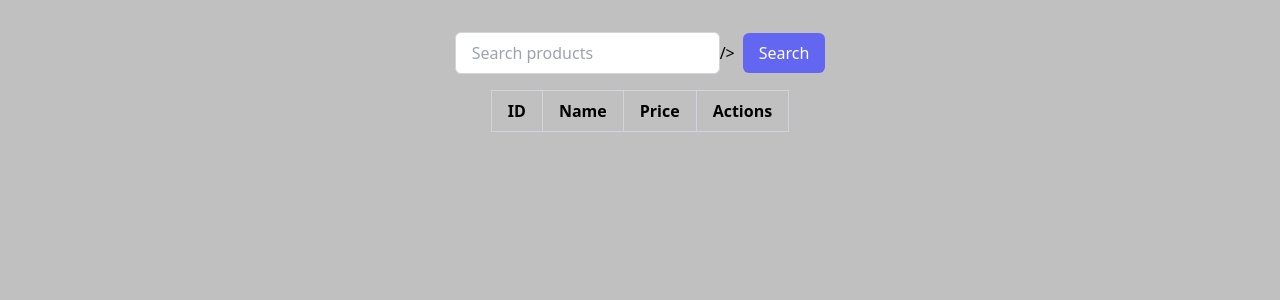
Repository: shaafsalman/product-Management-MERN
Page: /home (app in frontend/), after clicking the first element matching `button.rounded-md`
An editor plug-in stored every save of this project. The page is shown before and after the next save, followed by the edit.
The browser window is 1280 px wide. The pictures show the whole page.
The page's requests for data from a server got no answer. The project was rebuilt for these pictures with package versions that can differ from the ones it lists, and the page was loaded fresh each time. No one was signed in, and anything a server would have sent is missing. Also part of the build but not shown: frontend/vite.config.js, frontend/src/Cards/mesgCard.jsx, frontend/src/Pages/Login.jsx, frontend/src/Pages/SighnUp.jsx, frontend/src/Pages/NoPage.jsx, frontend/src/Pages/addproduct.jsx.

Above is the page before, as saved 2024-05-14 01:29:59.

### frontend/src/App.jsx
import React from 'react';
import { BrowserRouter as Router, Routes, Route, Navigate } from 'react-router-dom';
import Login from "./Pages/Login"
import Signup from "./Pages/SighnUp"
import NoPage from './Pages/NoPage';
import Home from './Pages/Home';

const App = () => {
  return (
    <div className="App">
      <Router>
        <div>
          <Routes>
            <Route path="/" element={<Login/>} />
            <Route path="/login" element={<Login />} />
            <Route path="/login" element={<Login />} />
            <Route path="/signup" element={<Signup />} />
            <Route path="/register" element={<Signup />} />
            <Route path="/home" element={<Home />} />
            <Route path="/*" element={<NoPage />} />
          </Routes>
        </div>
      </Router>
    </div>
  );
};


export default App;

### frontend/src/index.css
@tailwind base;
@tailwind components;
@tailwind utilities;


*
{
  margin: 0;
  padding: 0;
  box-sizing: border-box;
}

body,html
{
  background-color:silver
}

### frontend/src/Pages/Home.jsx
import React, { useState, useEffect } from 'react';
import axios from 'axios';
import AddProduct from './addproduct'; // Import the AddProduct component

const Home = () => {
  const [products, setProducts] = useState([]);
  const [searchTerm, setSearchTerm] = useState('');
  const [searchResults, setSearchResults] = useState([]);
  const [showAddProduct, setShowAddProduct] = useState(false);

  useEffect(() => {
    fetchProducts();
  }, []);

  const fetchProducts = async () => {
    try {
      const response = await axios.get('/products');
      setProducts(response.data || []);
    } catch (error) {
      console.error('Error fetching products:', error);
    }
  };

  const handleSearch = () => {
    const results = products.filter(product =>
      product.name.toLowerCase().includes(searchTerm.toLowerCase())
    );
    setSearchResults(results);
  };
  const toggleAddProduct = () => {
    setShowAddProduct(!showAddProduct);
  };

  const handleAddProduct = (newProduct) => {
    setProducts([...products, newProduct]);
    setSearchResults([...searchResults, newProduct]);
  };
  return (
    <div className="flex flex-col items-center mt-8">
      {showAddProduct && <AddProduct onClose={toggleAddProduct} onAdd={handleAddProduct} />}
      <div className="mb-4">
        <input
          type="text"
          placeholder="Search products"
          value={searchTerm}
          onChange={e => setSearchTerm(e.target.value)}
          className="px-4 py-2 border border-gray-300 rounded-md focus:outline-none focus:border-indigo-500"
        />
        />

        <button
          onClick={handleSearch}
          className="ml-2 px-4 py-2 bg-indigo-500 text-white rounded-md focus:outline-none focus:bg-indigo-600"
        >
          Search
        </button>
      </div>
      <table className="border-collapse border border-gray-300">
        <thead>
          <tr>
            <th className="border border-gray-300 px-4 py-2">ID</th>
            <th className="border border-gray-300 px-4 py-2">Name</th>
            <th className="border border-gray-300 px-4 py-2">Price</th>
            <th className="border border-gray-300 px-4 py-2">Actions</th>
          </tr>
        </thead>
        <tbody>
          {searchResults.map(product => (
            <tr key={product.id}>
              <td className="border border-gray-300 px-4 py-2">{product.id}</td>
              <td className="border border-gray-300 px-4 py-2">{product.name}</td>
              <td className="border border-gray-300 px-4 py-2">{product.price}</td>
              <td className="border border-gray-300 px-4 py-2">
                <button className="bg-blue-500 text-white px-2 py-1 rounded-md mr-2">Update</button>
                <button className="bg-red-500 text-white px-2 py-1 rounded-md">Delete</button>
              </td>
            </tr>
          ))}
        </tbody>
      </table>
    </div>
  );
};

export default Home;

Loaded but not shown: frontend/index.html (common file); frontend/src/main.jsx (common file); frontend/tailwind.config.js (common file)

After the next save:
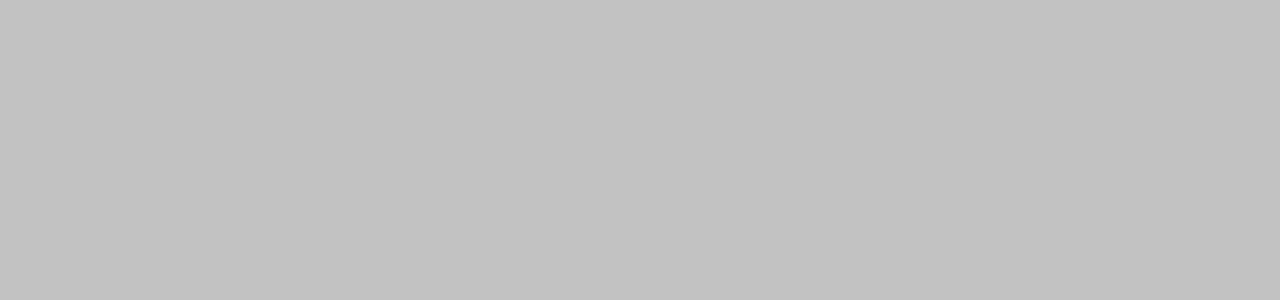
Console error: ReferenceError: showAdd is not defined
Saved 23 s later.
--- a/frontend/src/Pages/Home.jsx
+++ b/frontend/src/Pages/Home.jsx
@@ -46,7 +46,12 @@ const Home = () => {
           onChange={e => setSearchTerm(e.target.value)}
           className="px-4 py-2 border border-gray-300 rounded-md focus:outline-none focus:border-indigo-500"
         />
-        />
+        <button
+          onClick={showAdd}
+          className="ml-2 px-4 py-2 bg-indigo-500 text-white rounded-md focus:outline-none focus:bg-indigo-600"
+        >
+          add
+        </button>
 
         <button
           onClick={handleSearch}

After the save that followed:
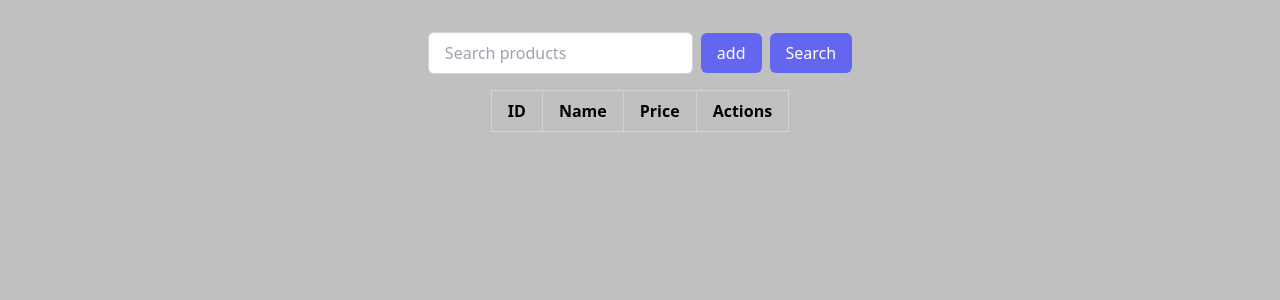
The error is gone.
Saved 16 s later.
--- a/frontend/src/Pages/Home.jsx
+++ b/frontend/src/Pages/Home.jsx
@@ -27,6 +27,14 @@ const Home = () => {
     );
     setSearchResults(results);
   };
+
+  const showAdd = () => {
+    const results = products.filter(product =>
+      product.name.toLowerCase().includes(searchTerm.toLowerCase())
+    );
+    setSearchResults(results);
+  };
+
   const toggleAddProduct = () => {
     setShowAddProduct(!showAddProduct);
   };
